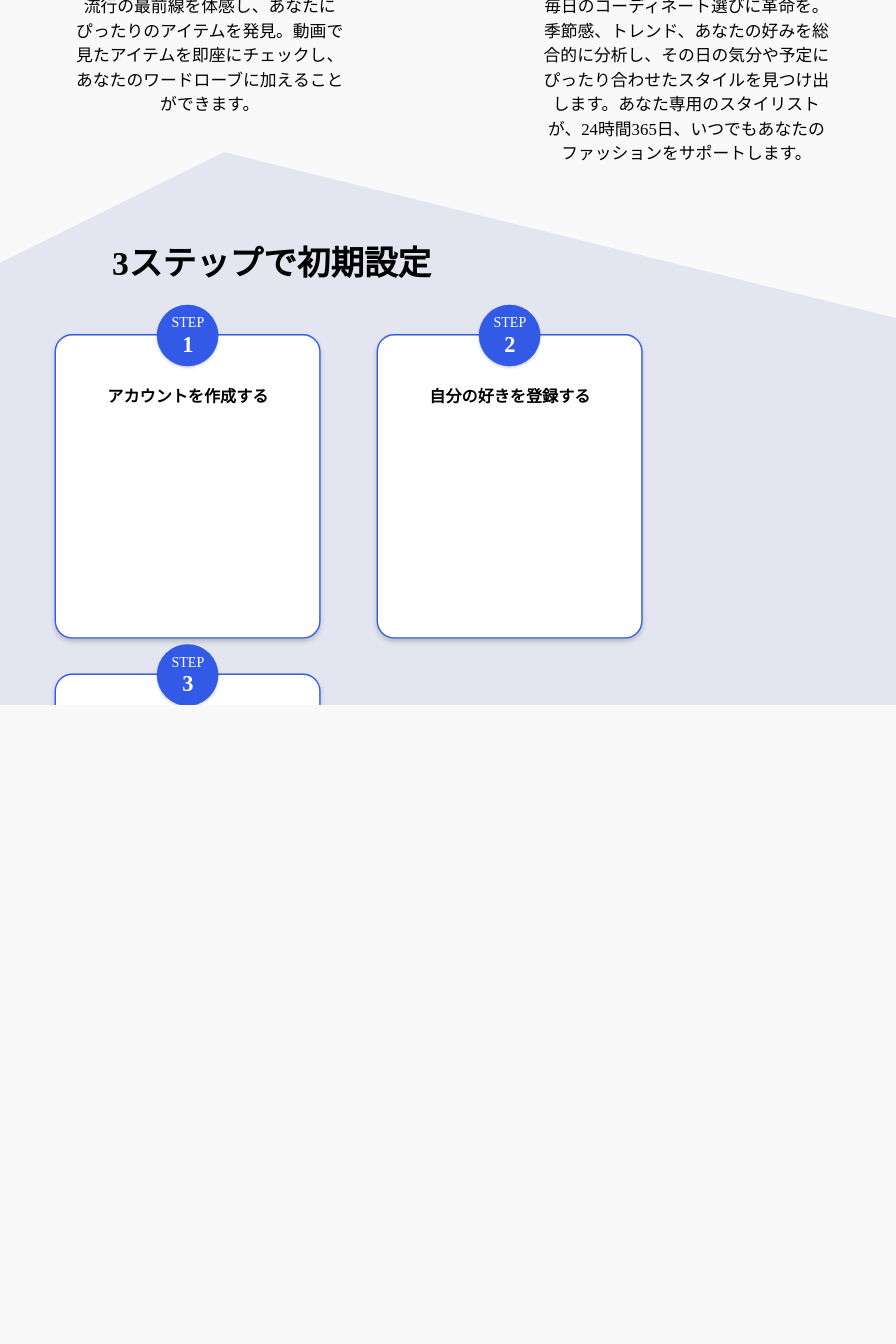
Repository: Yoshiki0418/yahoo.hack
Page: welcome.html
An editor plug-in stored every save of this project. The page is shown before and after the next save, followed by the edit.
The browser window is 1280 px wide. The pictures show the part of the page from y = 2955 to 4875 px (the page is 5407 px tall), at 70% of full size.

Above is the page before, as saved 2024-02-09 23:12:54.

After the next save:
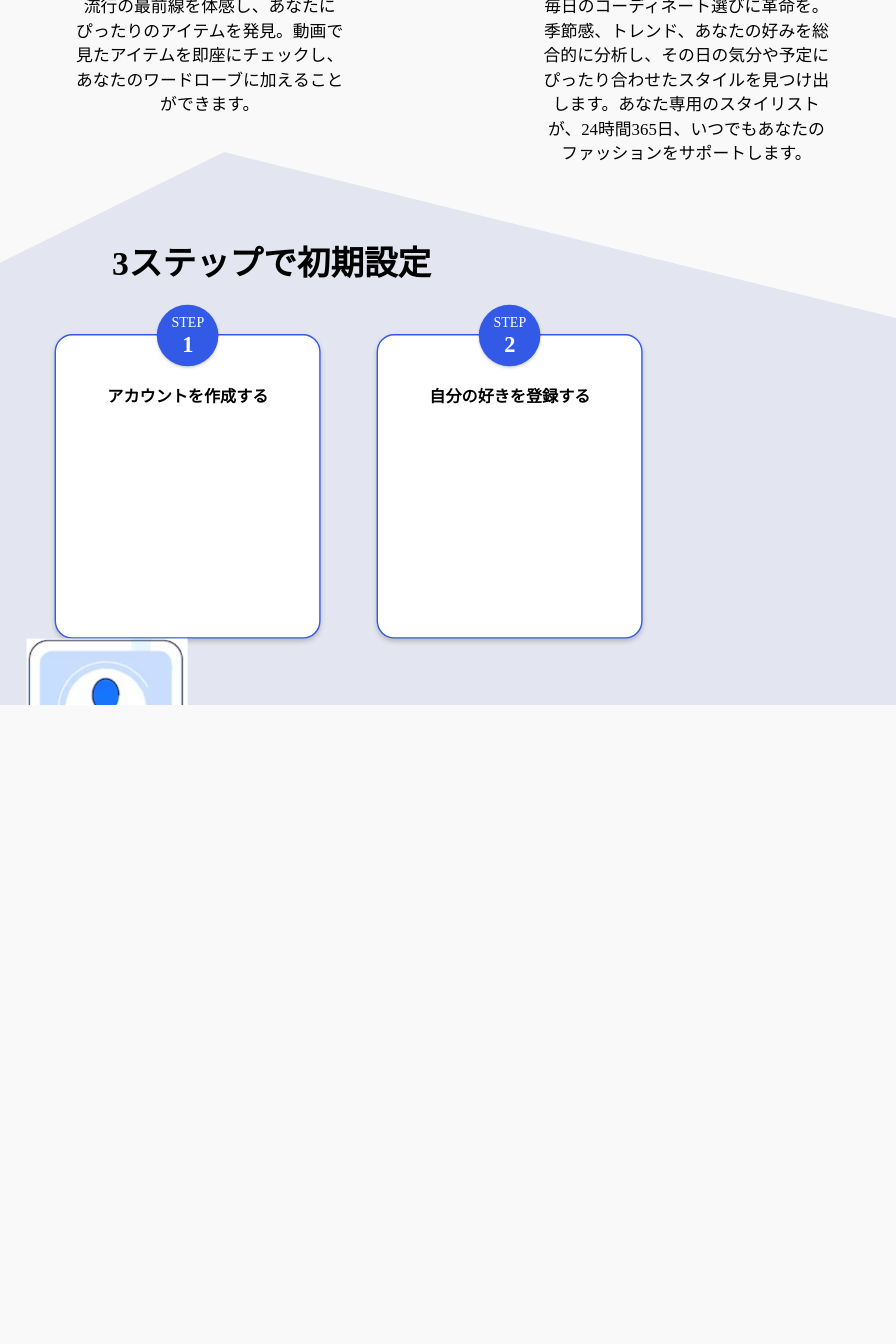
Saved 6 min 58 s later.
--- a/welcome.html
+++ b/welcome.html
@@ -93,6 +93,7 @@
                         <div class="step-circle">STEP<h4>1</h4></div>
                         <div class="step-box"></div>
                         <h3>アカウントを作成する</h3>
+                        <img src="static/image/step1.png" class="feature_pic">
                     </div>
                     <div class="step-container">
                         <div class="step-circle">STEP<h4>2</h4></div>
